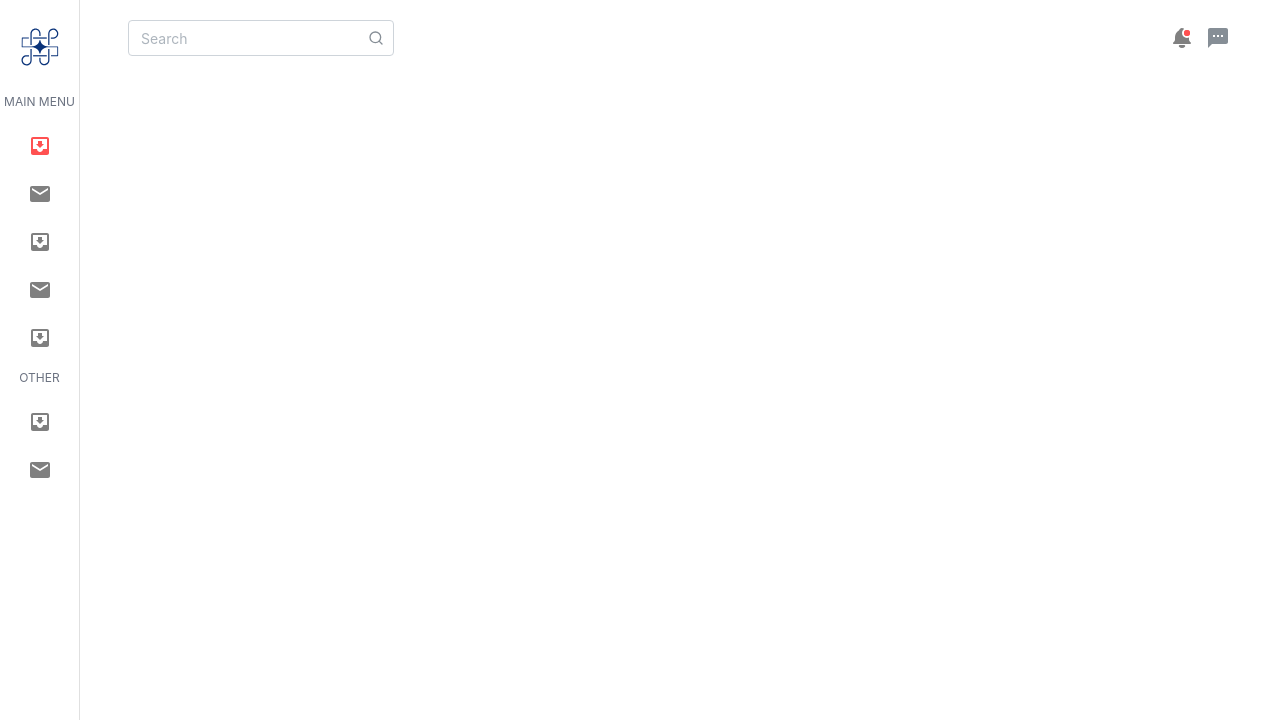
Repository: SatyaDewangan05/sample-dashboard
Page: /
These files come from the project's save history. The page is drawn as it stood at one moment and after the next save; the edit follows.
The browser window is 1280 px wide. The pictures show the whole page.
Pictures or frames that could not be fetched are drawn as grey boxes. The project was rebuilt for these pictures with package versions that can differ from the ones it lists, and the page was loaded fresh each time. The framework's server and built-in components were replaced by stand-ins that run in the browser. Also part of the build but not shown: next.config.mjs.

Above is the page before, as saved 2024-09-20 22:44:35.

After the next save:
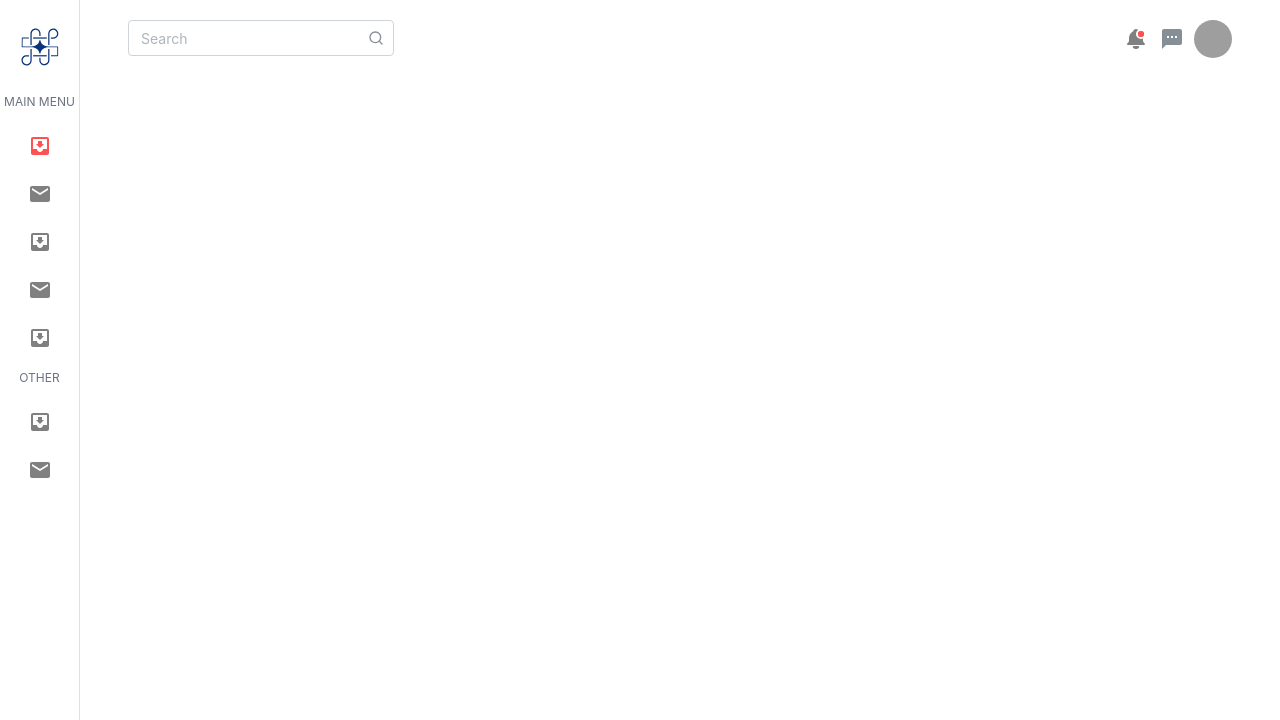
Saved 24 h 12 min later.
--- a/src/app/page.jsx
+++ b/src/app/page.jsx
@@ -1,9 +1,10 @@
 import Image from "next/image";
 import MiniDrawer from "./components/Drawer";
-import { ActionIcon, Indicator, TextInput } from "@mantine/core";
+import { ActionIcon, Avatar, Indicator, TextInput } from "@mantine/core";
 import { Search } from "lucide-react";
 import { IconBellFilled } from "@tabler/icons-react";
 import TextsmsIcon from "@mui/icons-material/Textsms";
+import DP from "@/images/dp.png";
 
 export default function Home() {
   return (
@@ -32,6 +33,7 @@ export default function Home() {
             >
               <TextsmsIcon color="gray" />
             </ActionIcon>
+            <Avatar src={DP} alt="it's me" />
           </div>
         </div>
       </div>
